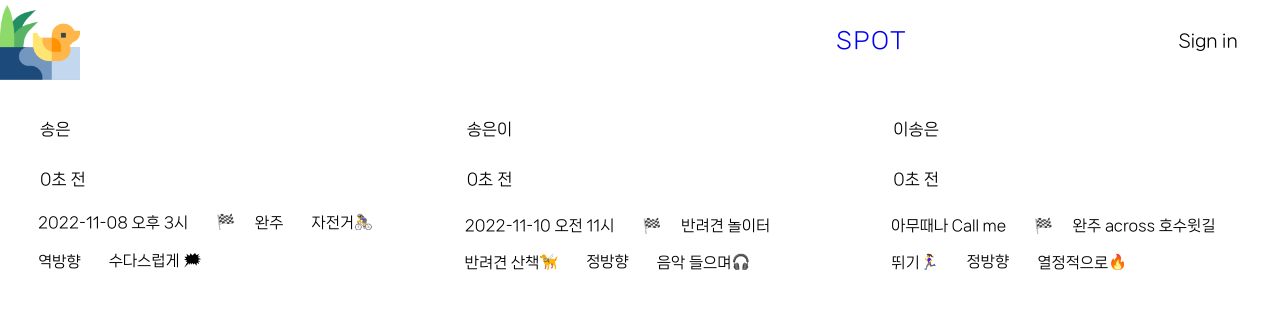
Repository: songeunleee/youngrangho
Page: /
These files come from the project's save history. The page is drawn as it stood at one moment and after the next save; the edit follows.
The browser window is 1280 px wide. The pictures show the whole page.
Some web libraries are served in a nearby version. The project was rebuilt for these pictures with package versions that can differ from the ones it lists, and the page was loaded fresh each time. Some packages were replaced by stand-ins written for this rebuild. Also part of the build but not shown: src/app.module.css, src/components/activity/activity.module.css, src/components/footer/footer.module.css, src/components/footer/footer.jsx, src/components/home/home.module.css, src/components/home/home.jsx, src/components/add_spot/add_spot.module.css, src/components/add_spot/add_spot.jsx and 6 more.

Above is the page before, as saved 2022-11-08 07:15:33.

### public/index.html
<!DOCTYPE html>
<html lang="en">
  <head>
    <meta charset="utf-8" />
    <script src="https://cdn.jsdelivr.net/npm/sweetalert2@10"></script>
    <script
      src="https://kit.fontawesome.com/7fb71a1d7b.js"
      crossorigin="anonymous"
    ></script>
    <link rel="icon" href="%PUBLIC_URL%/favicon.ico" />
    <meta name="viewport" content="width=device-width, initial-scale=1" />
    <meta name="theme-color" content="#000000" />
    <link rel="preconnect" href="https://fonts.googleapis.com" />
    <link rel="preconnect" href="https://fonts.gstatic.com" crossorigin />
    <link
      href="https://fonts.googleapis.com/css2?family=Noto+Sans+KR:wght@100;300;400&family=Noto+Serif+KR:wght@200;400&family=Varela+Round&display=swap"
      rel="stylesheet"
    />

    <meta
      name="description"
      content="Web site created using create-react-app"
    />
    <link rel="apple-touch-icon" href="%PUBLIC_URL%/logo192.png" />
    <!--
      manifest.json provides metadata used when your web app is installed on a
      user's mobile device or desktop. See https://developers.google.com/web/fundamentals/web-app-manifest/
    -->
    <link rel="manifest" href="%PUBLIC_URL%/manifest.json" />
    <!--
      Notice the use of %PUBLIC_URL% in the tags above.
      It will be replaced with the URL of the `public` folder during the build.
      Only files inside the `public` folder can be referenced from the HTML.

      Unlike "/favicon.ico" or "favicon.ico", "%PUBLIC_URL%/favicon.ico" will
      work correctly both with client-side routing and a non-root public URL.
      Learn how to configure a non-root public URL by running `npm run build`.
    -->
    <title>React App</title>
  </head>
  <body>
    <noscript>You need to enable JavaScript to run this app.</noscript>
    <div id="root"></div>
    <!--
      This HTML file is a template.
      If you open it directly in the browser, you will see an empty page.

      You can add webfonts, meta tags, or analytics to this file.
      The build step will place the bundled scripts into the <body> tag.

      To begin the development, run `npm start` or `yarn start`.
      To create a production bundle, use `npm run build` or `yarn build`.
    -->
  </body>
</html>

### src/index.js
import React from "react";
import ReactDOM from "react-dom/client";
import "./index.css";
import App from "./app";
import { firebaseApp } from "./service/firebase";
import AuthService from "./service/auth_service";
import FileUpload from "./service/file_upload";
import Repository from "./service/repositiry";

const repository = new Repository(firebaseApp);
const fileUpload = new FileUpload(firebaseApp);
const authService = new AuthService(firebaseApp);

const root = ReactDOM.createRoot(document.getElementById("root"));
root.render(
  <React.StrictMode>
    <App
      authService={authService}
      fileUpload={fileUpload}
      repository={repository}
    />
  </React.StrictMode>
);

### src/index.css
@font-face {
  font-family: "font1";
  src: url("../public/fonts/NanumSquareNeo-aLt.ttf") format("truetype");
  font-weight: normal;
}

@font-face {
  font-family: "font2";
  src: url("../public/fonts/NanumSquareNeo-bRg.ttf") format("truetype");
  font-weight: bold;
}

@font-face {
  font-family: "font3";
  src: url("../public/fonts/NanumSquareNeo-cBd.ttf") format("truetype");
  font-weight: bold;
}

@font-face {
  font-family: "font4";
  src: url("../public/fonts/NanumSquareNeo-eHv.ttf") format("truetype");
  font-weight: bold;
}
body {
  margin: 0;
  font-family: -apple-system, BlinkMacSystemFont, "Segoe UI", "Roboto", "Oxygen",
    "Ubuntu", "Cantarell", "Fira Sans", "Droid Sans", "Helvetica Neue",
    sans-serif;
  -webkit-font-smoothing: antialiased;
  -moz-osx-font-smoothing: grayscale;
  height: 100%;
}

code {
  font-family: source-code-pro, Menlo, Monaco, Consolas, "Courier New",
    monospace;
}
html {
}
#root {
  margin: 0;
  display: flex;
  flex-direction: column;
  height: 100%;
}

### src/app.jsx
import { useEffect, useState } from "react";
import { BrowserRouter, Route, Routes } from "react-router-dom";
import styles from "./app.module.css";
import Activity from "./components/activity/activity";
import Footer from "./components/footer/footer";
import Header from "./components/header/header";
import Home from "./components/home/home";
import Spot from "./components/spot/spot";

function App({ authService, fileUpload, repository }) {
  const [user, setUser] = useState(null);

  const getUser = (user) => {
    setUser(user);
  };

  useEffect(() => {
    authService.onAuthChange((user) => {
      if (user) {
        setUser(user);
      } else {
      }
    });
  }, [authService]);

  return (
    <>
      <BrowserRouter>
        <Header authService={authService} getUser={getUser} user={user} />
        <Routes>
          <Route
            path="/"
            element={<Activity authService={authService} user={user} />}
          />
          <Route
            path="/activity"
            element={<Activity authService={authService} user={user} />}
          />
          <Route
            path="/spot"
            element={
              <Spot
                authService={authService}
                user={user}
                fileUpload={fileUpload}
                repository={repository}
              />
            }
          />
        </Routes>
      </BrowserRouter>
    </>
  );
}

export default App;

### src/service/firebase.js
import { initializeApp } from "firebase/app";

const firebaseConfig = {
  apiKey: "AIzaSyA1QsOldBRNtAOG8_cfGoyHxB8PmdZT3xA",
  authDomain: "youngrangho-d9473.firebaseapp.com",
  projectId: "youngrangho-d9473",
  storageBucket: "youngrangho-d9473.appspot.com",
  messagingSenderId: "558891074778",
  appId: "1:558891074778:web:a513dfcb578ca1084111e3",
  measurementId: "G-VKW34V7D4J",
};

export const firebaseApp = initializeApp(firebaseConfig);

### src/service/auth_service.js
import {
  getAuth,
  signInWithPopup,
  GoogleAuthProvider,
  onAuthStateChanged,
} from "firebase/auth";
class AuthService {
  constructor() {
    this.auth = getAuth();
    this.provider = new GoogleAuthProvider();
  }
  signin() {
    return signInWithPopup(this.auth, this.provider);
  }

  signout() {
    const auth = getAuth();
    auth.signOut();
  }

  onAuthChange(onUserChanged) {
    const auth = getAuth();
    return onAuthStateChanged(auth, (user) => {
      onUserChanged(user);
    });
  }
}
export default AuthService;

### src/service/file_upload.js
import { getStorage, ref, uploadBytes, getDownloadURL } from "firebase/storage";

class FileUpload {
  constructor() {
    this.storage = getStorage();
  }

  async upload(file) {
    this.storageRef = ref(this.storage, `spot/${file.name}`);
    const img = await uploadBytes(this.storageRef, file);
    return getDownloadURL(ref(this.storage, img.ref.fullPath));
  }
}

export default FileUpload;

### src/service/repositiry.js
import {
  getDatabase,
  ref,
  set,
  remove,
  onValue,
  off,
  update,
} from "firebase/database";

class Repository {
  constructor() {
    this.db = getDatabase();
  }

  syncSpots(userId, onUpdate) {
    const query = ref(this.db, `spots`);
    onValue(query, (snapshot) => {
      const value = snapshot.val();
      value && onUpdate(value);
    });
    return () => off(query);
  }

  saveSpot(userId, spot) {
    set(ref(this.db, `spots/${spot.id}`), spot);
  }
  removeSpot(userId, spot) {
    const spotRef = ref(this.db, `spots/${spot.id}`);
    remove(spotRef);
  }
}
export default Repository;

### src/components/activity/activity.jsx
import { set } from "firebase/database";
import React from "react";
import { useState } from "react";
import { useEffect } from "react";
import { useLocation } from "react-router-dom";
import ActivityList from "../activity_list/activity_list";
import Header from "../header/header";
import styles from "./activity.module.css";

const Activity = ({ authService, user }) => {
  const [cards, setCards] = useState({
    1: {
      id: 1,
      author: "송은",
      createTime: Date.now(),
      appointment: "2022-11-08 오후 3시",
      mean: "자전거🚴‍♀️",
      course: "역방향",
      goal: "완주",
      mode: "수다스럽게 🗯",
    },
    2: {
      id: 2,
      author: "송은이",
      createTime: Date.now(),
      appointment: "2022-11-10 오전 11시",
      mean: "반려견 산책🦮",
      course: "정방향",
      goal: "반려견 놀이터",
      mode: "음악 들으며🎧",
    },
    3: {
      id: 3,
      author: "이송은",
      createTime: Date.now(),
      appointment: "아무때나 Call me",
      mean: "뛰기🏃‍♀️",
      course: "정방향",
      goal: "완주 across 호수윗길",
      mode: "열정적으로🔥",
    },
  });

  return <ActivityList cards={cards} />;
};
export default Activity;

### src/components/header/header.jsx
import React, { useEffect } from "react";
import { useState } from "react";
import { Link, useLocation } from "react-router-dom";
import styles from "./header.module.css";

const Header = ({ authService, getUser, user }) => {
  const location = useLocation().pathname;

  const isSpot = (location) => {
    return location === "/spot" ? true : false;
  };
  console.log(isSpot(location));
  const onSignin = () => {
    authService.signin().then((data) => getUser(data.user));
  };

  const onSignout = () => {
    authService.signout();
    getUser(null);
  };

  return (
    <header className={styles.header}>
      <Link
        className={`${styles.logolink} ${
          !isSpot(location) ? styles.activity : null
        } `}
        to={"/"}
      >
        <img className={styles.logo} src="./images/duck (1).png" alt="" />
      </Link>
      <Link
        className={`${styles.link} ${
          !isSpot(location) ? styles.activity : null
        }`}
        to={"/activity"}
      >
        ACTIVITY
      </Link>
      <Link
        className={`${styles.link} ${isSpot(location) ? styles.spot : null}`}
        to={"/spot"}
      >
        SPOT
      </Link>

      {user ? (
        <div className={styles.signIn}>
          <img className={styles.img} src={user.photoURL} alt="" />
          <p className={styles.name}>{user.displayName}</p>
          <button
            className={`${styles.button} ${styles.sign}`}
            onClick={onSignout}
          >
            Sign out
          </button>
        </div>
      ) : (
        <button className={`${styles.button}`} onClick={onSignin}>
          Sign in
        </button>
      )}
    </header>
  );
};

export default Header;

### src/components/activity_list/activity_list.jsx
import React from "react";
import ActivityItem from "../activity_item/activity_item";
import styles from "./activity_list.module.css";

const ActivityList = ({ cards, user }) => {
  return (
    <section className={styles.list}>
      {Object.keys(cards).map((key) => (
        <ActivityItem key={key} card={cards[key]} user={user} />
      ))}
    </section>
  );
};

export default ActivityList;

### src/components/header/header.module.css
@value mainBlue, mainLightBlue,sideBlue, textWhite from '../../common/colors.css';
@value mediaQuery from '../../common/size.css';

.header {
  display: flex;
  height: 5rem;
  align-items: center;
  position: relative;
}
.logolink {
  height: 100%;
}

.logolink.activity {
  background-color: white;
}
.logo {
  height: 100%;

  transition: all 150ms ease-in;
}

.logo:hover {
  background-color: mainBlue;
}
.link {
  height: 100%;
  display: flex;
  justify-content: center;
  align-items: center;
  flex: 0.8;
  text-decoration: none;
  color: mainBlue;
  font-size: 1.4rem;
  font-family: "font2";
  letter-spacing: 2px;
  font-weight: 500;
  text-align: center;
  transition: letter-spacing 150ms ease-in;
}

.link.spot {
  background-color: mainBlue;
  color: white;
}

.link.activity {
  background-color: mainBlue;
  color: white;
}

.signIn {
  flex: 0.4;
  display: flex;
  justify-content: center;
  align-items: center;
  padding-left: 0.5rem;
  padding-right: 0.5rem;
}

.img {
  border-radius: 50%;
  width: 50px;
  height: 50px;
}

.name {
  padding-left: 1rem;
  padding-right: 1rem;
  font-family: "font3";
  color: sideBlue;
}

.button.sign {
  flex: 0.6;
  width: 100%;
}

.button {
  font-size: 1.1rem;
  font-weight: 500;
  font-family: "font2";
  flex: 0.2;
  background: none;
  cursor: pointer;
  border: none;
  color: mainBlue;
  transition: letter-spacing 250ms ease-in;
}

.link:hover {
  letter-spacing: 0;
}

.button:hover {
  letter-spacing: 1px;
}

@media screen and (max-width: mediaQuery) {
  .name {
    display: none;
  }
  .img {
    display: none;
  }
  .logolink {
    display: none;
  }
}

### src/components/activity_item/activity_item.jsx
import React from "react";
import styles from "./activity_item.module.css";

const ActivityItem = ({ card }) => {
  const { id, author, createTime, appointment, mean, course, goal, mode } =
    card;

  const publishedAt = (publishedAt) => {
    const now = new Date();
    const time = new Date(publishedAt);

    const t = (now - time) / 1000;

    if (t < 60) return Math.floor(t) + "초 전";
    const tm = t / 60;
    if (tm < 60) return Math.floor(tm) + "분 전";
    const th = tm / 60;
    if (th < 24) return Math.floor(th) + "시간 전";
    const td = th / 24;
    if (td < 8) return Math.floor(td) + "일 전";
    const tw = td / 7;
    if (tw < 5) return Math.floor(tw) + "주 전";
    const tmon = td / 30;
    if (tw < 30) return Math.floor(tmon) + "달 전";
    const ty = td / 365;
    return Math.floor(ty) + "년 전";
  };

  return (
    <section className={styles.card}>
      <div className={styles.info}>
        <p className={styles.author}>{author}</p>
        <p className={styles.createTime}>{publishedAt(Date(createTime))}</p>
      </div>
      <div className={styles.contentBox}>
        <div className={styles.content}>
          {appointment && (
            <div className={`${styles.chip} ${styles.appointment}`}>
              {appointment}
              <i
                className={`fa-solid fa-circle-xmark ${styles.chipDelete}`}
              ></i>
            </div>
          )}

          {goal && (
            <div className={`${styles.chip} ${styles.goal}`}>
              <div className={styles.G}>🏁</div>
              {goal}
              <i
                className={`fa-solid fa-circle-xmark ${styles.chipDelete}`}
              ></i>
            </div>
          )}
          {mean && (
            <div className={`${styles.chip} ${styles.mean}`}>
              {mean}
              <i
                className={`fa-solid fa-circle-xmark ${styles.chipDelete}`}
              ></i>
            </div>
          )}
          {course && (
            <div className={`${styles.chip} ${styles.course}`}>
              {course}
              <i
                className={`fa-solid fa-circle-xmark ${styles.chipDelete}`}
              ></i>
            </div>
          )}
          {mode && (
            <div className={`${styles.chip} ${styles.mode}`}>
              {mode}
              <i
                className={`fa-solid fa-circle-xmark ${styles.chipDelete}`}
              ></i>
            </div>
          )}
        </div>
      </div>
    </section>
  );
};

export default ActivityItem;

### src/components/activity_list/activity_list.module.css
.list {
  display: flex;
  flex-wrap: wrap;
  margin-top: 0.5rem;
}

### src/components/activity_item/activity_item.module.css
@value mainBlue,mainLightBlue,sideBlue,textWhite from '../../common/colors.css';

* {
  font-family: font2;
}

.card {
  display: flex;
  flex-direction: column;
  border: 1px mainLightBlue solid;
  margin: 0.5rem 1rem;
  padding: 0.5rem 0.5rem;
  flex: 1;
  height: auto;
  border-radius: 18px;
}
.info {
}
.author {
  margin: 0;
  padding: 1rem;
}
.createTime {
  margin: 0.5rem;
  padding: 0.5rem;
  border-bottom: 1px dashed mainBlue;
}

.contentBox {
  display: flex;
  flex: 1;
  align-items: center;
}
.content {
  display: flex;
  flex-wrap: wrap;
}
.chip {
  font-size: 15px;
  flex-wrap: nowrap;
  background-color: mainLightBlue;
  width: fit-content;
  border-radius: 18px;
  padding: 5px 10px;
  margin: 0.25rem 0.25rem;
  display: flex;
  align-items: center;
  cursor: pointer;
  transition: transform 200ms ease-in;
}

.chip.appointment {
  background-color: mainBlue;
}

.chip.goal {
  padding-top: 0;
  padding-bottom: 0;
}

.G {
  position: relative;
  background-color: sideBlue;
  border-radius: 18px;
  padding-top: 5px;
  padding-bottom: 5px;
  padding-right: 10px;
  padding-left: 10px;
  right: 10px;
}

.chip:hover {
  transform: ;
}
.chipDelete {
  display: none;
  color: rgb(255, 255, 255);
  margin-left: 0.3rem;
  opacity: 0.9;
  border: none;
}

After the next save:
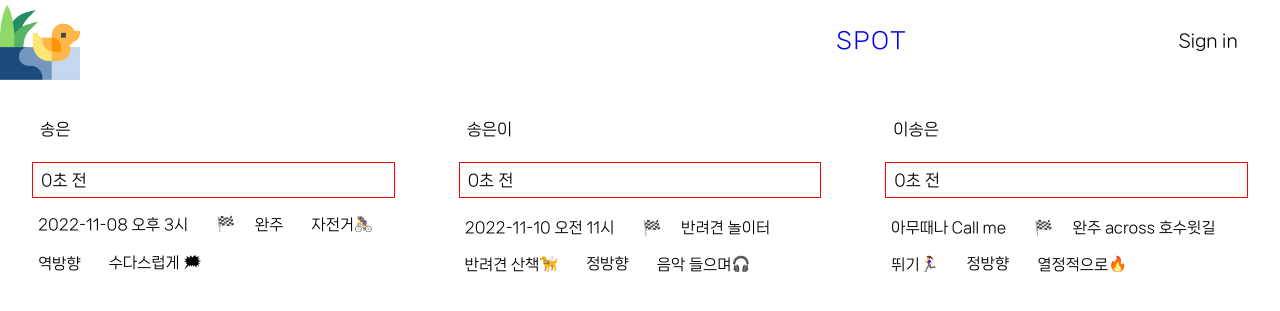
Saved 23 s later.
--- a/src/components/activity_item/activity_item.module.css
+++ b/src/components/activity_item/activity_item.module.css
@@ -24,6 +24,7 @@
   margin: 0.5rem;
   padding: 0.5rem;
   border-bottom: 1px dashed mainBlue;
+  border: 1px red solid;
 }
 
 .contentBox {

After the save that followed:
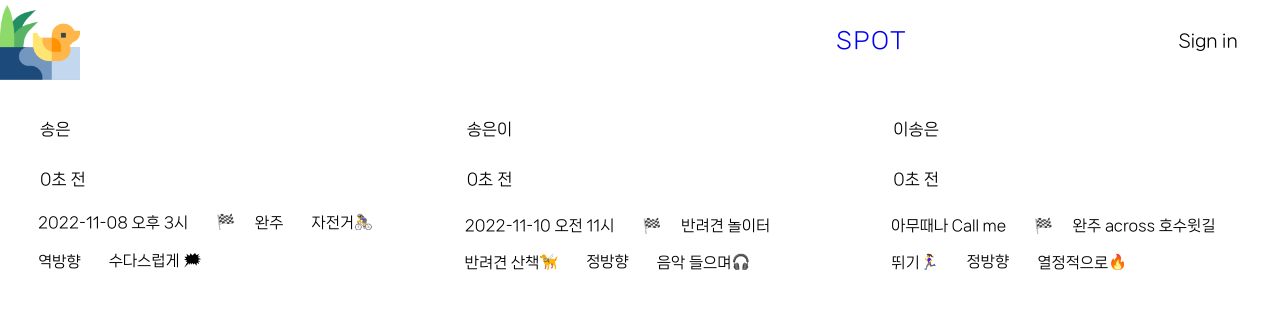
Saved 14 s later.
--- a/src/components/activity_item/activity_item.module.css
+++ b/src/components/activity_item/activity_item.module.css
@@ -24,7 +24,6 @@
   margin: 0.5rem;
   padding: 0.5rem;
   border-bottom: 1px dashed mainBlue;
-  border: 1px red solid;
 }
 
 .contentBox {
